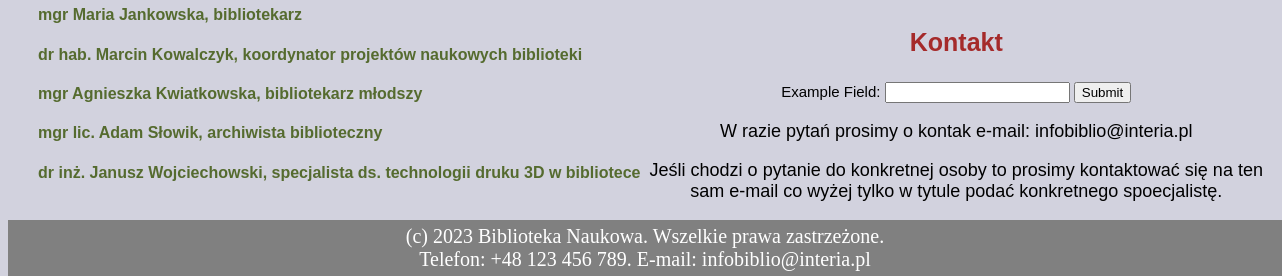
Repository: Dominik098/projekt
Page: http://localhost/biblioteka/F_personel.jsp
These files come from the project's save history. The page is drawn as it stood at one moment and after the next save; the edit follows.
The browser window is 1280 px wide. The page is 1282 px wide, so the pictures cover 1282 px, including what lies to the right of the window. The pictures show the part of the page from y = 507 to 999 px (the page is 783 px tall before and 999 px after).
The page is served by Tomcat 9. Other server files are loaded and not shown.

Above is the page before, as saved 2023-04-25 10:44:22.

### java projekt/biblioteka/src/main/webapp/F_personel.jsp
<%@ page language="java" contentType="text/html; charset=UTF-8"%>
<!DOCTYPE html>
<html lang="en">

<head>
    <meta charset="UTF-8">
    <meta http-equiv="X-UA-Compatible" content="IE=edge">
    <meta name="viewport" content="width=device-width, initial-scale=1.0">
    <link rel="stylesheet" href="F_personel.css">
    <link rel="icon" type="image/png" href="3.png" sizes="96x96" />
    <title>Personel</title>


</head>

<body>
    <tr>
        <td align="center"><img src="logo.jpg" name="ksiazka" align="left" weight="90px" height="50px"></td>
    </tr>
    <h1>
        <center><u>Personel biblioteki </u></center>
    </h1>
    <header>
        <nav>
            <ul>
                <li><a href="A_strona-gl.jsp">Strona główna</a></li>
                <li><a href="B_O bibiotece.jsp">O bibliotece</a></li>
                <li><a href="C_Kategorie książek.jsp">Kategorie książek </a></li>
                <!--   <li><a href="D_Wypożyczenia.jsp">Wypożyczane </a></li>-->
                <li><a href="E_Słownik pojęć.jsp">Słownik pojęć bibliotecznych</a></li>
                <li><a href="F_personel.jsp">Prersonel</a></li>
               <!-- <li><a href="G_login.jsp">Logowanie</a></li>
                <li><a href="H_rejestracja.jsp">Rejestracja</a></li>-->
                <li><a href= "logout">Wyloguj się</a></li>
                <li><a > <%=session.getAttribute("email-login") %> </a></li>
            </ul>

        </nav>

    </header>
    <h1 id="cytat">„Im bardziej gęstnieje mrok, tym jaśniej świecą książki.” – Stanisław Zieliński</h1>

    <h1 id="Kadra">Kadra </h1>
    <div>
        <div class="Personel">
            <h3>dr hab. inż. Klaudia Wójcik, Dyrektor biblioteki </h3>
            <h3>dr hab. Anna Kowalska, Kierownik biblioteki </h3>
            <h4>mgr Paweł Nowak, bibliotekarz</h4>
            <h4>mgr Małgorzata Wiśniewska, bibliotekarz</h4>
            <h4>mgr inż. Karol Zawadzki, specjalista ds. informatyzacji biblioteki</h4>
            <h4>dr hab. Małgorzata Szymańska, konsultant naukowy biblioteki</h4>
            <h4>mgr Maria Jankowska, bibliotekarz</h4>
            <h4>dr hab. Marcin Kowalczyk, koordynator projektów naukowych biblioteki</h4>
            <h4>mgr Agnieszka Kwiatkowska, bibliotekarz młodszy</h4>
            <h4>mgr lic. Adam Słowik, archiwista biblioteczny</h4>
            <h4>dr inż. Janusz Wojciechowski, specjalista ds. technologii druku 3D w bibliotece</h4>
        </div>

        <div class="Kontakt">
            <img src="https://cdn.pixabay.com/photo/2019/04/26/18/41/books-4158244__340.jpg" alt="zdj" height="250px "
                width="500px">
            <h3 id="kontakt-napis">
                <center>Kontakt</center>
            </h3>

			<form action="https://api.sheetmonkey.io/form/uAqJFTu2v7ZeCxUxJrE6fA" method="post">
  				<!-- Put HTML input fields in here and see how they fill up your sheet -->
 			 <label>Example Field: <input type="text" name="Example Header" required /></label>
  				<input type="hidden" name="Created" value="x-sheetmonkey-current-date-time" />
  				<input type="submit" value="Submit" />
			</form>



            <p>W razie pytań prosimy o kontak e-mail: infobiblio@interia.pl</p>
            <p>Jeśli chodzi o pytanie do konkretnej osoby to prosimy kontaktować się na ten sam e-mail co wyżej tylko w
                tytule podać konkretnego spoecjalistę.</p>

        </div>
    </div>
    <div class="footer">
        <span>(c) 2023 Biblioteka Naukowa. Wszelkie prawa zastrzeżone.</span><br>
        <span>Telefon: +48 123 456 789. E-mail: infobiblio@interia.pl</span>

    </div>

</body>

</html>

### java projekt/biblioteka/src/main/webapp/F_personel.css
body {
    background-color: rgb(210, 210, 222);

}

header {
    border: 4px;
    background-color: aqua;
    border: 4px solid blue;
    padding-bottom: 2px;
}
#cytat{
    font-family: Verdana;
    font-size: 20px;
    color: black;
    padding: auto;
}

main {
    padding: 3px;
    background-color: blueviolet;
}

h1 {
    text-align: center;
    color: blueviolet;
    font-family: Arial;
}

h3 {
    text-align: left;
    margin-left: 17px;
    color:brown;
    font-family: Arial;
    font-size: 18px;

}
h4{
    text-align: left;
    margin-left: 30px;
    color:darkolivegreen ;
    font-family: Arial;

}


.nav {
    text-align: center;
    padding: 10px;
}

ul li {
    display: inline;
    margin-left: 5px;
    padding: 5px;

}

ul {
    text-align: center;
}

a {
    padding-top: 5px;
    padding-bottom: 5px;
}

a:hover {
    background-color: white;
}

.Personel{

    float: left;
}
.Kontakt{
margin-left: 30px;
text-align: center;
font-family: Arial;
font-size: 15px;

}
#kontakt-napis{
    font-size: 25px;
}
#Kadra{
    text-align: left;
    margin-left: 200px;

}
p{
    font-family: Arial;
    font-size: 18px;
    margin-left: 10px;
}

.footer {
    text-align: center;
    font-size: 20px;
    color: white;
    background-color: gray;


    bottom: 0;
    margin-top: auto;
    width: 100%;
    padding: 5px;
    float:left;

}
span{
	 text-align: center;
    font-size: 20px;
}

After the next save:
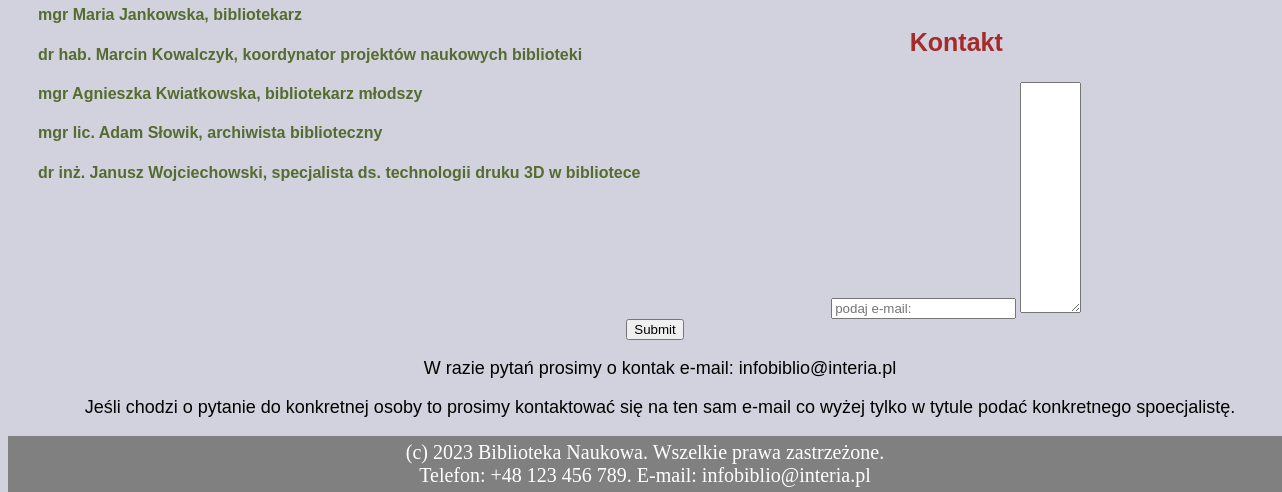
Saved 4 min 9 s later.
--- a/java projekt/biblioteka/src/main/webapp/F_personel.jsp
+++ b/java projekt/biblioteka/src/main/webapp/F_personel.jsp
@@ -65,8 +65,9 @@
 
 			<form action="https://api.sheetmonkey.io/form/uAqJFTu2v7ZeCxUxJrE6fA" method="post">
   				<!-- Put HTML input fields in here and see how they fill up your sheet -->
- 			 <label>Example Field: <input type="text" name="Example Header" required /></label>
-  				<input type="hidden" name="Created" value="x-sheetmonkey-current-date-time" />
+ 			<input placeholder="podaj e-mail:" type="text" name="Aimie" required class="input_text"  autocomplete="off"></label>
+  			<textarea rows="15" cols="5"></textarea>
+  				<input type="hidden" name="Created" value="x-sheetmonkey-current-date-time" /><br>
   				<input type="submit" value="Submit" />
 			</form>
 
